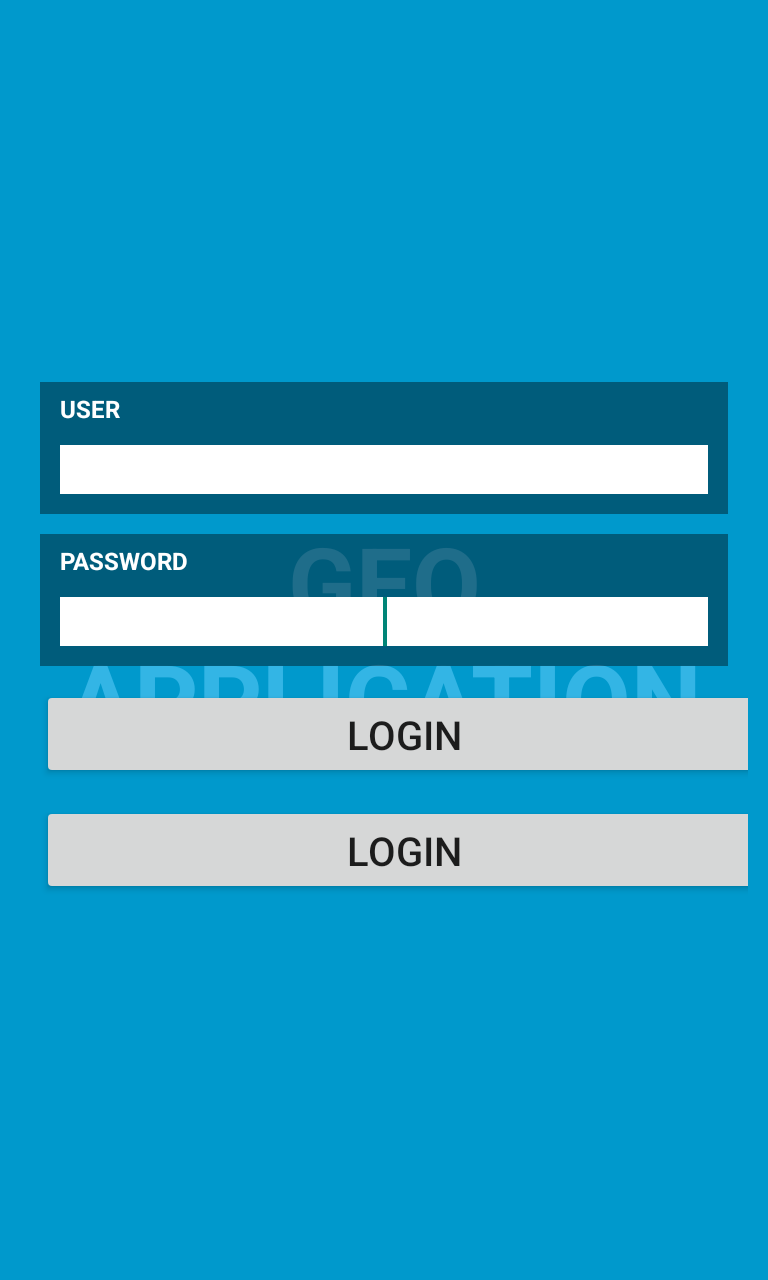
Repository: sebastianR1001/GeoApplication
Layout: GeoApplication/res/layout/login_fullscreen.xml
These files come from the project's save history. The layout is drawn as it stood at one moment and after the next save; the edit follows.
It is drawn on a 768 x 1280 px phone screen (xhdpi) without system bars, with theme AppTheme; the app's code is not run.

Above is the layout before, as saved 2014-10-25 19:02:23.

After the next save:
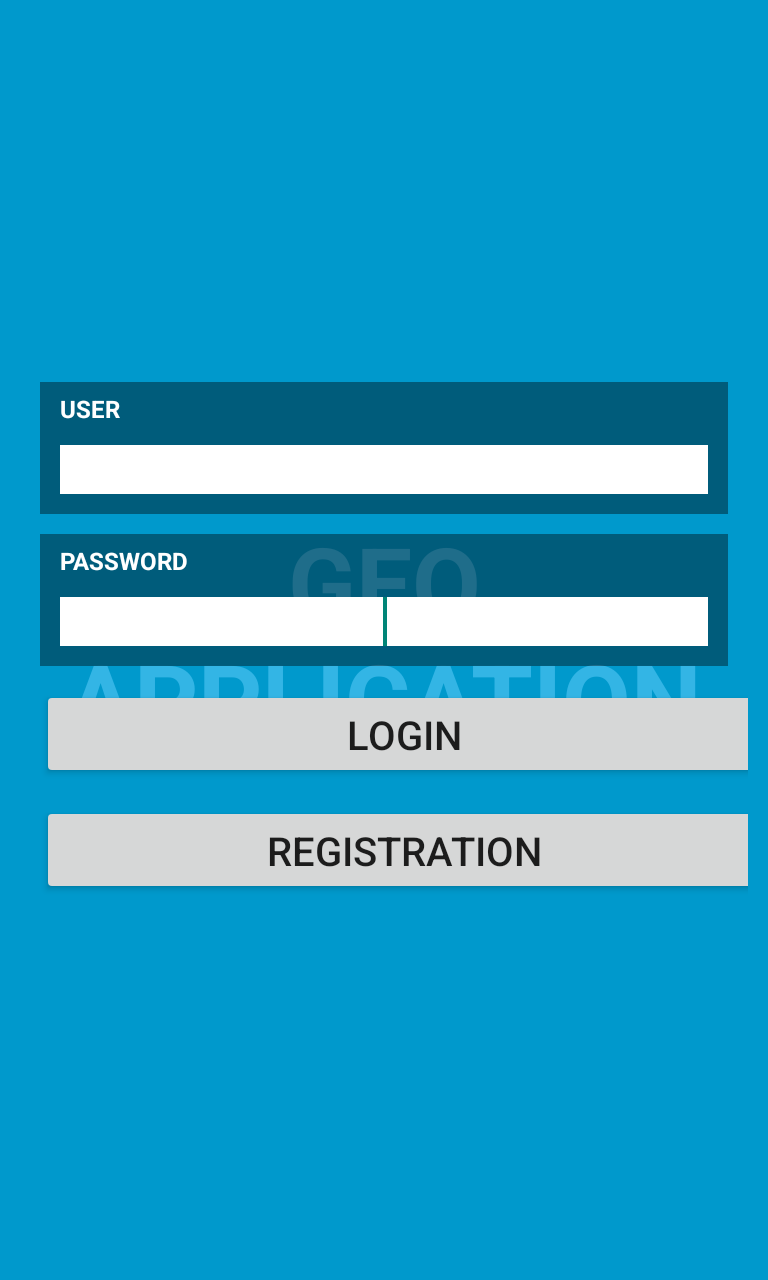
Saved 7 s later.
--- a/GeoApplication/res/layout/login_fullscreen.xml
+++ b/GeoApplication/res/layout/login_fullscreen.xml
@@ -147,7 +147,7 @@
 		        android:layout_marginLeft="10dp"
 		        android:layout_marginRight="10dp"
 		        android:textSize="20sp"
-		        android:text="@string/loginButton" />
+		        android:text="@string/newAccountButton" />
 		</TableRow>
     </TableLayout>
     <!--
